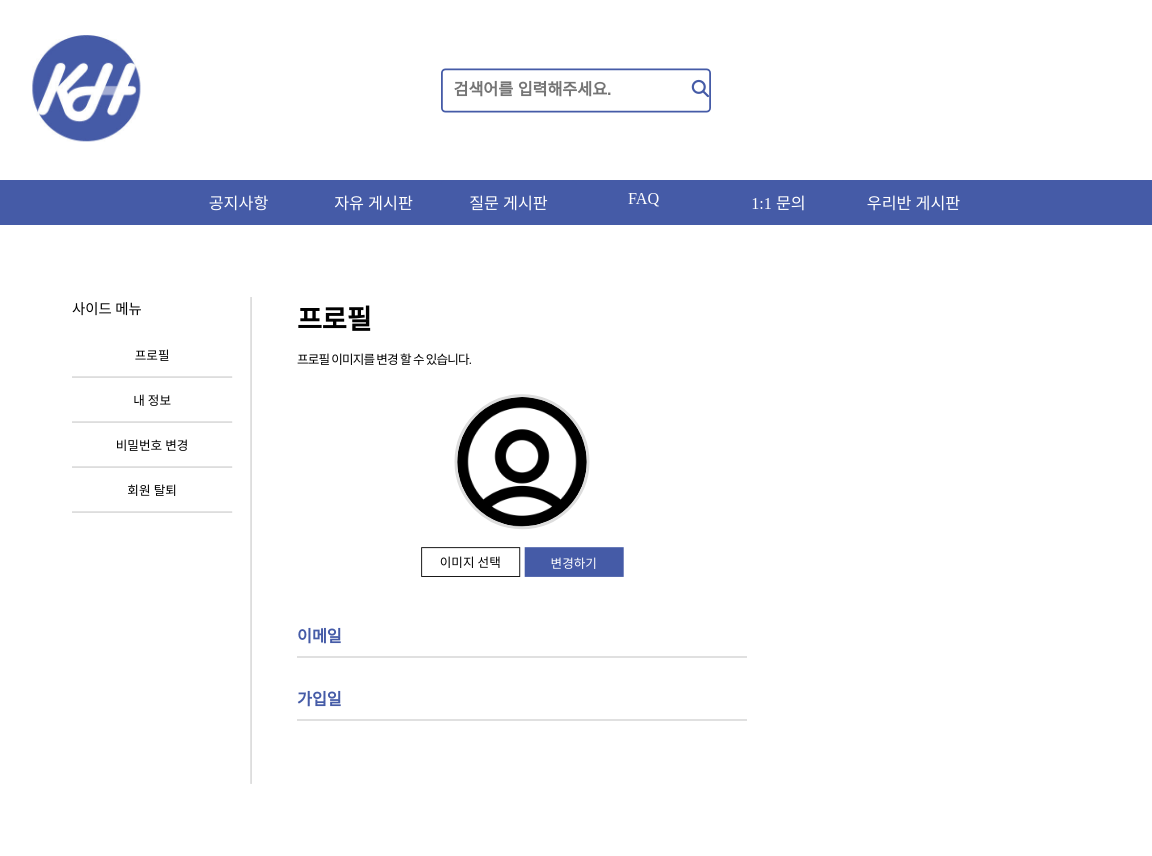
Repository: mothership2002/coddingBaby
Page: http://localhost/Community/WEB-INF/views/member/myPage-profile.jsp
An editor plug-in stored every save of this project. The page is shown before and after a run of saves, followed by the edit.
The browser window is 1280 px wide. The pictures show the whole page, at 90% of full size.
Some web libraries are served in a nearby version. The page is served by Tomcat 9. Nobody is signed in. The template is opened directly, without the code that normally fills it, so the values that code supplies are empty.

Above is the page before, as saved 2022-05-31 00:42:28.

After the next 2 saves:
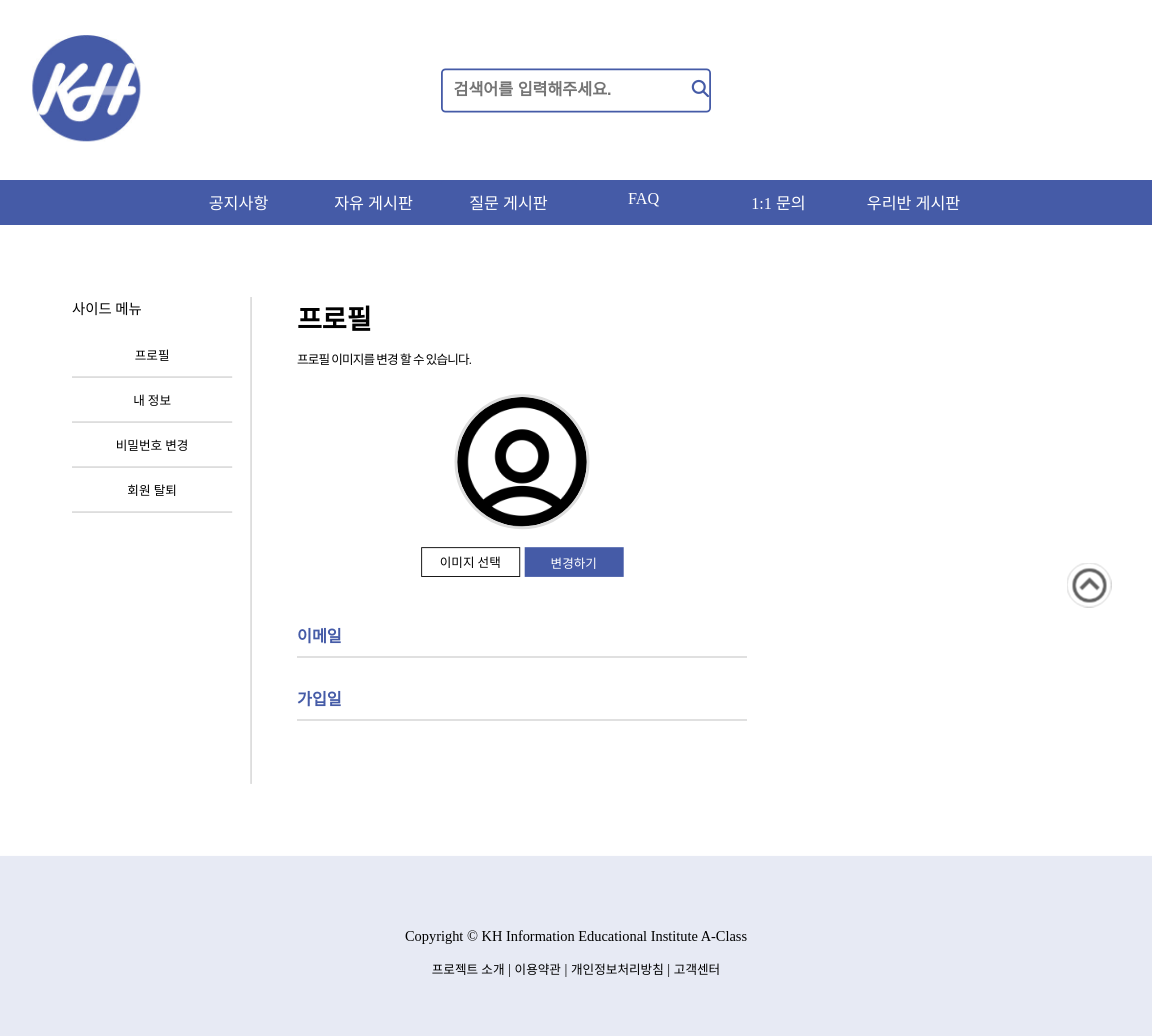
The 2 saves are shown as one change because they came seconds apart.
The last was saved 13 s later.
--- a/5_Server/Community/src/main/webapp/WEB-INF/views/member/myPage-profile.jsp
+++ b/5_Server/Community/src/main/webapp/WEB-INF/views/member/myPage-profile.jsp
@@ -54,9 +54,7 @@
                 </form>
             </section>
         </section>
-
-
     </main>
-	<jsp:include page=""></jsp:include>
+	<jsp:include page="/WEB-INF/views/common/footer.jsp"></jsp:include>
 </body>
 </html>
